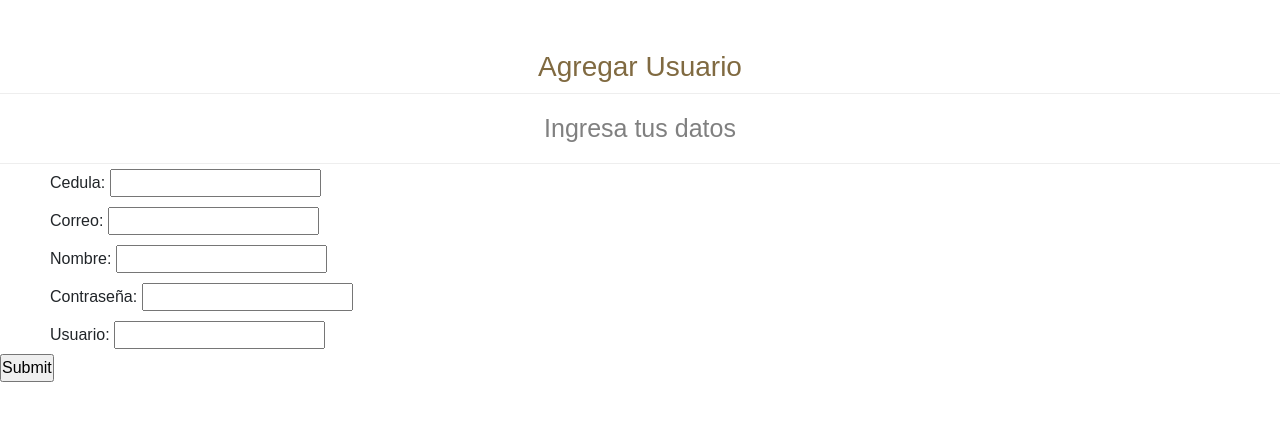
Repository: andresrojas686/tiendaGenericaMintic
Page: primerJSP/src/main/webapp/agregarUsuario.html
The author's editor kept a copy of each file at every save. The page is drawn from the files as they stood at one save, then again after the next save.
The browser window is 1280 px wide. The pictures show the whole page.

Above is the page before, as saved 2021-09-15 21:49:10.

### primerJSP/src/main/webapp/agregarUsuario.html
<!DOCTYPE html>
<html>
<head>
<meta charset="ISO-8859-1">
<link rel="stylesheet" href="style/styles.css">
<link rel="stylesheet" href="style/main.css">
<title>Agregar usuario</title>
</head>
<body>
	<h1 class="titulo-tienda">Agregar Usuario</h1>
	<section class="main">
		<div class="container">
			<section class="row">
				<div class="col">

				</div>
			</section>
		</div>
	</section>
	<div class="border-top border-bottom py-3">
		<p class="ingresa">Ingresa tus datos</p>
	</div>

	<form action="agregarUsuario.jsp" method = "post">
		<div>
			<label>Cedula:</label>
			<input type = "text" name = "cedula">
		</div>
		<div>
			<label>Correo:</label>
			<input type = "text" name = "correo">
		</div>
		<div>
			<label>Nombre:</label>
			<input type = "text" name = "nombre">
		</div>
		<div>
			<label>Contraseña:</label>
			<input type = "text" name = "pass">
		</div>
		<div>
			<label>Usuario:</label>
			<input type = "text" name = "usuario">
		</div>
		<div>
			<input type = "submit">
		</div>
	</form>
</body>
</html>

### primerJSP/src/main/webapp/style/styles.css
@charset "ISO-8859-1";
*{
    margin: 0;
    padding: 0;
}
.titulo-tienda{
  text-align: center;
  margin-top: 50px;
  font-family:Arial, Helvetica, sans-serif;
  font-size: 28px;
  color: #806a41;
}
.ingresa{
  text-align: center;
  font-size: 25px;
  color: grey;
}
form label{
  margin-left: 50px;
  margin-top: 7px;
  margin-bottom: 7px;
}
.usuario{
  display: flex;
}
form label input{
  flex-wrap: wrap;
  width: 75vw;
  height: 35px;
  font-size: 15px;
  /* border-radius: 5px; */
}

.contenedor-botones{
  margin-top: 20px;
  display: flex;
  width: 100%;
}

.botones-usuario{
  margin: 0 auto;
  width: 150px;
  height: 40px;
  color: white;
  border: 2px solid #806a41;
  background-color: #806a41;
  border-radius: 10px;
  cursor: pointer;
}
.botones-usuario a{
  color: white;
}
.botones-usuario:hover{
  background-color: white;
  color: #806a41;
  box-shadow: 3px 3px 3px gray;
}
.enlace-usuario{
  text-align: center;
  padding-top: 5px;
  width: 150px;
  height: 40px;
  color: white;
  border: 2px solid #806a41;
  background-color: #806a41;
  border-radius: 10px;
}
.enlace-usuario:hover{
  text-align: center;
  padding-top: 5px;
  width: 150px;
  height: 40px;
  color: white;
  border: 2px solid #806a41;
  background-color: white;
  color: #806a41;
  border-radius: 10px;
}

.agregar-usuario{
  background-color: #806a41 !important;
  border: none !important;
  margin-top: 15px;
}
.agregar-usuario:hover{
  box-shadow: 3px 3px 3px gray;
}


.editar-usuario{
  background-color: #806a41 !important;
  border: none !important;
  margin: 5px;
}
.editar-usuario:hover{
  box-shadow: 3px 3px 3px gray;
}

.eliminar-usuario{
  background-color: #806a41 !important;
  border: none !important;
  margin: 5px;
}
.eliminar-usuario:hover{
  box-shadow: 3px 3px 3px gray;
}


.titulo-tabla{
  color: #806a41;
}
.titulo-tabla-centrada{
  color: #806a41;
  text-align: center;
}

Loaded but not shown: primerJSP/src/main/webapp/style/main.css (library)

After the next save:
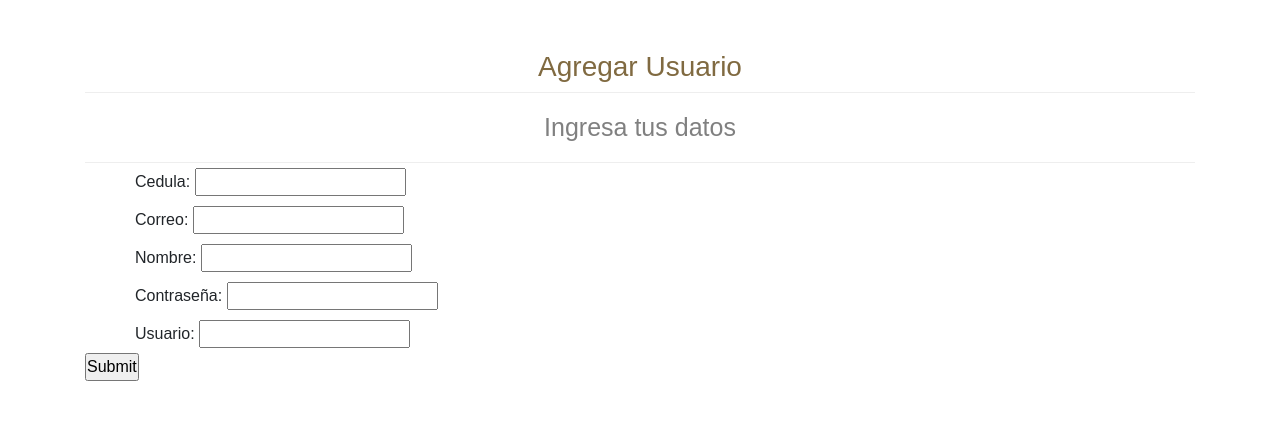
Saved 105 s later.
--- a/primerJSP/src/main/webapp/agregarUsuario.html
+++ b/primerJSP/src/main/webapp/agregarUsuario.html
@@ -12,39 +12,41 @@
 		<div class="container">
 			<section class="row">
 				<div class="col">
-
+					<div class="border-top border-bottom py-3">
+						<p class="ingresa">Ingresa tus datos</p>
+					</div>
+					<div>
+						<form action="agregarUsuario.jsp" method = "post">
+							<div>
+								<label>Cedula:</label>
+								<input type = "text" name = "cedula">
+							</div>
+							<div>
+								<label>Correo:</label>
+								<input type = "text" name = "correo">
+							</div>
+							<div>
+								<label>Nombre:</label>
+								<input type = "text" name = "nombre">
+							</div>
+							<div>
+								<label>Contraseña:</label>
+								<input type = "text" name = "pass">
+							</div>
+							<div>
+								<label>Usuario:</label>
+								<input type = "text" name = "usuario">
+							</div>
+							<div>
+								<input type = "submit">
+							</div>
+						</form>
+					</div>
 				</div>
 			</section>
 		</div>
 	</section>
-	<div class="border-top border-bottom py-3">
-		<p class="ingresa">Ingresa tus datos</p>
-	</div>
 
-	<form action="agregarUsuario.jsp" method = "post">
-		<div>
-			<label>Cedula:</label>
-			<input type = "text" name = "cedula">
-		</div>
-		<div>
-			<label>Correo:</label>
-			<input type = "text" name = "correo">
-		</div>
-		<div>
-			<label>Nombre:</label>
-			<input type = "text" name = "nombre">
-		</div>
-		<div>
-			<label>Contraseña:</label>
-			<input type = "text" name = "pass">
-		</div>
-		<div>
-			<label>Usuario:</label>
-			<input type = "text" name = "usuario">
-		</div>
-		<div>
-			<input type = "submit">
-		</div>
-	</form>
+
 </body>
 </html>
